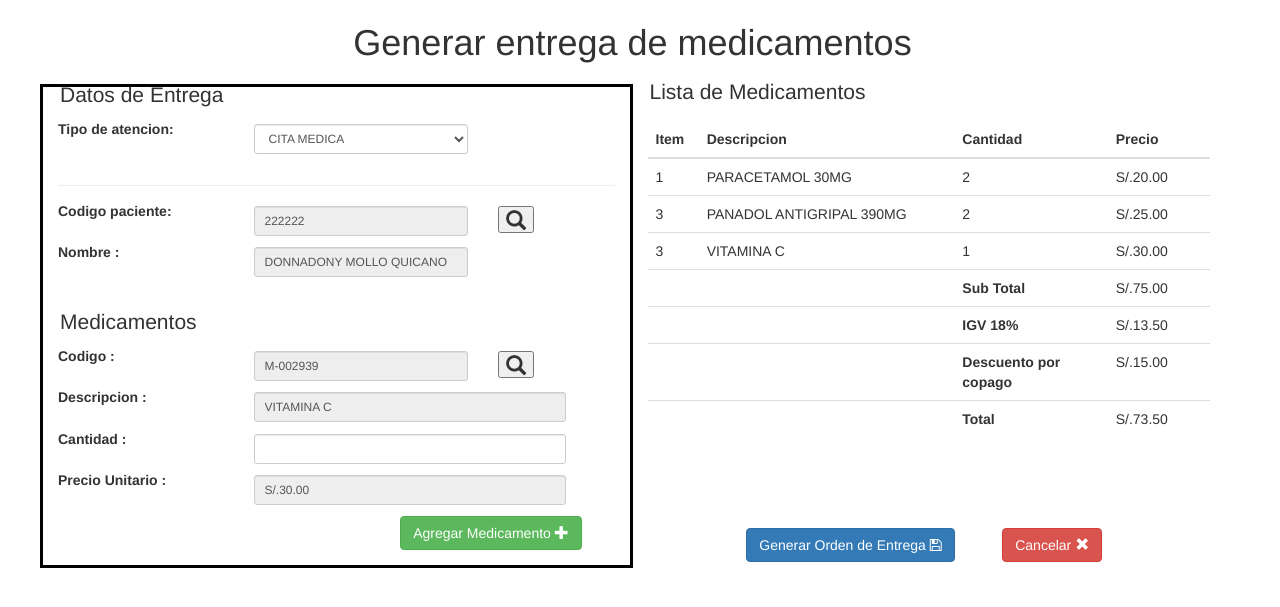
Repository: Donyx10/ADSII-ProyectoClinica
Page: http://localhost/AvanceWeb/GenerarOrdenDeEntregaDeMedicamentos2.jsp
These files come from the project's save history. The page is drawn as it stood at one moment and after the next save; the edit follows.
The browser window is 1280 px wide. The pictures show the whole page.
Some web fonts or font styles are not loaded; a fallback is used. The page is served by Tomcat 9.

Above is the page before, as saved 2018-06-07 16:48:58.

After the next save:
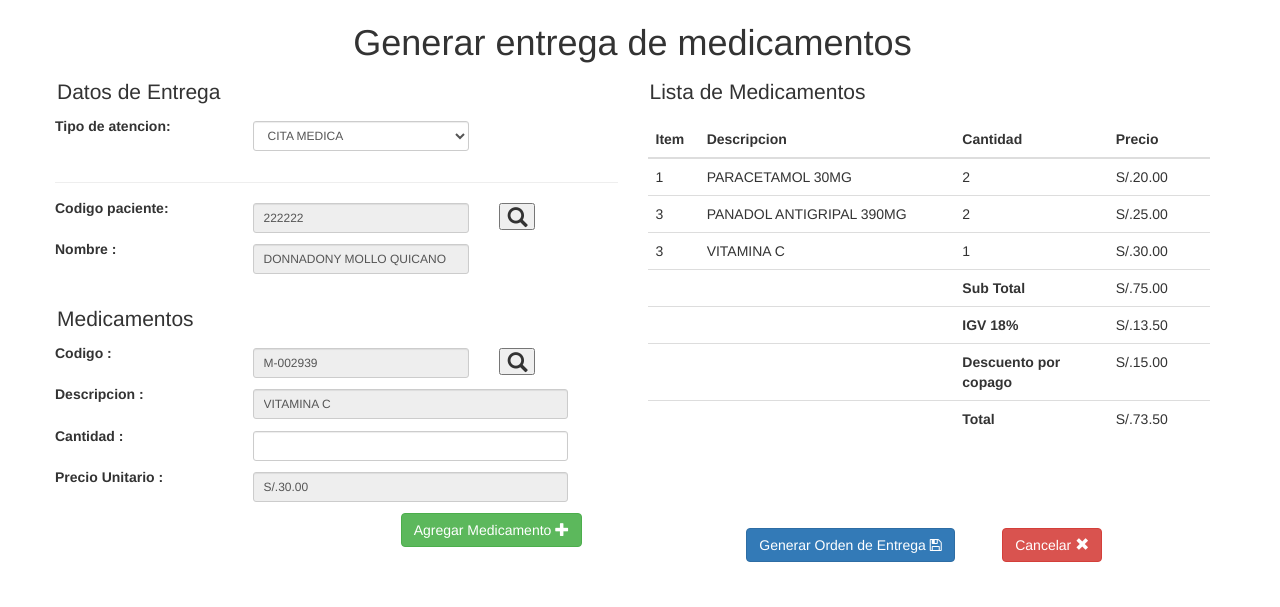
Saved 5 s later.
--- a/WebDemo/AvanceWeb/WebContent/GenerarOrdenDeEntregaDeMedicamentos2.jsp
+++ b/WebDemo/AvanceWeb/WebContent/GenerarOrdenDeEntregaDeMedicamentos2.jsp
@@ -28,7 +28,7 @@
 			<div class="form-group row"
 				>
 				<div class="col-md-6"
-					style="border-style: solid; border-color: black;">
+					>
 
 					<div class="form-group row" align="left" id="paciente">
 						<div class="col-md-12">
